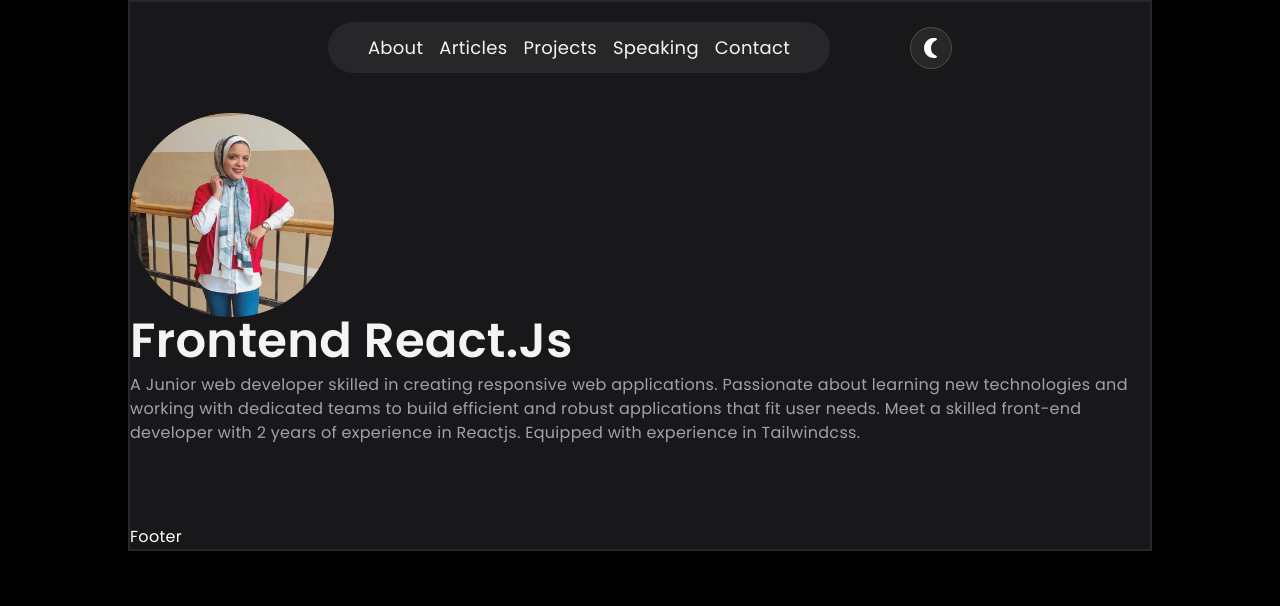
Repository: Wafaabahgat/Portfolio
Page: /
These files come from the project's save history. The page is drawn as it stood at one moment and after the next save; the edit follows.
The browser window is 1280 px wide. The pictures show the whole page.
The project was rebuilt for these pictures with package versions that can differ from the ones it lists, and the page was loaded fresh each time. Also part of the build but not shown: vite.config.ts, src/App.css.

Above is the page before, as saved 2023-12-08 03:19:01.

After the next save:
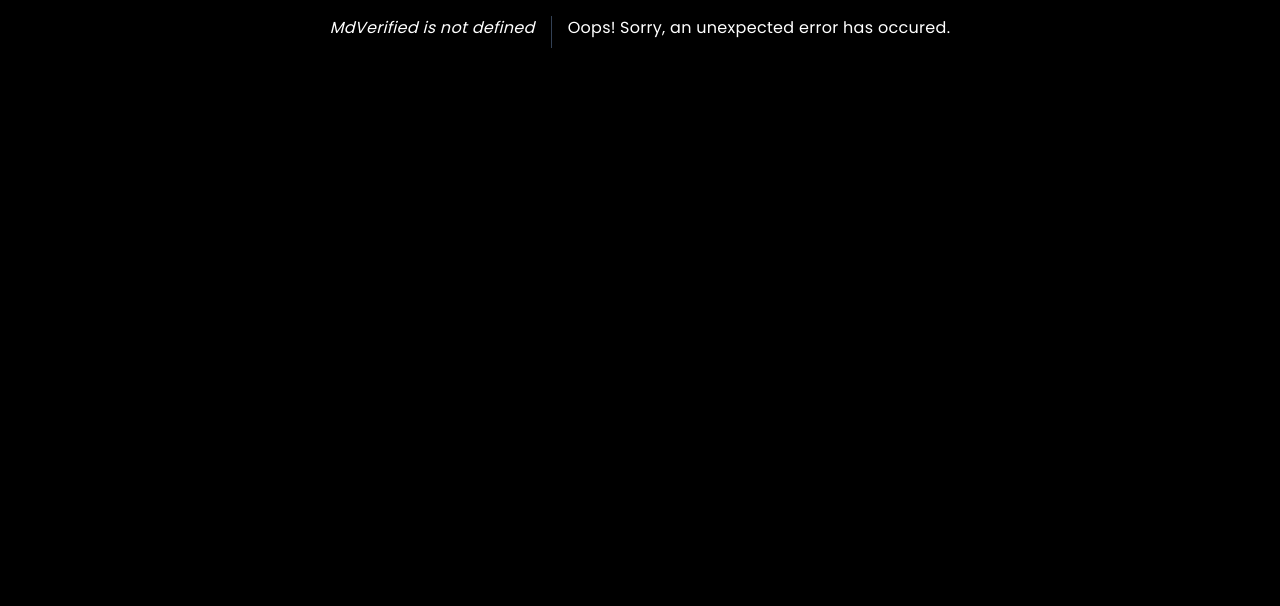
Console error: ReferenceError: MdVerified is not defined
Saved 9 s later.
--- a/src/components/home/Hero.tsx
+++ b/src/components/home/Hero.tsx
@@ -10,6 +10,7 @@ const Hero: FC<HeroProps> = () => {
         <div>
           <div>
             <img src={avatar} className="w-[20%]" />
+            <MdVerified />
 
           </div>
           <h1 className="text-main-title font-semibold text-5xl mb-2 capitalize">

After the save that followed:
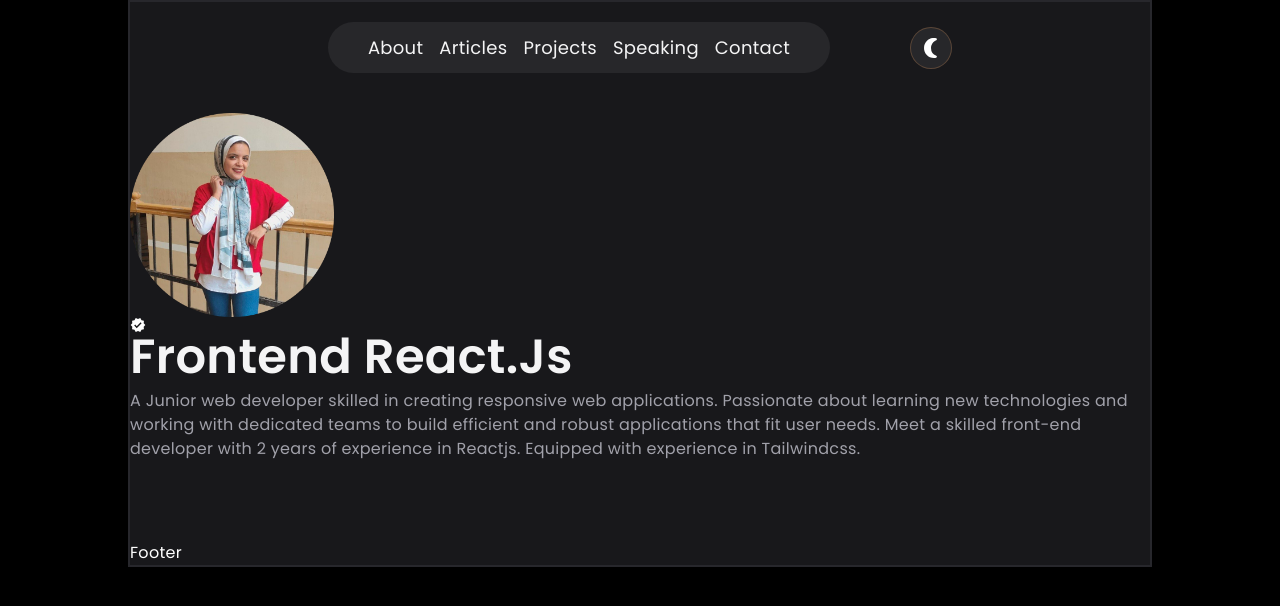
The error is gone.
Saved 10 s later.
--- a/src/components/home/Hero.tsx
+++ b/src/components/home/Hero.tsx
@@ -1,5 +1,6 @@
 import { FC } from "react";
 import avatar from "../../assets/avatar1.png";
+import { MdVerified } from "react-icons/md";
 
 interface HeroProps {}
 
